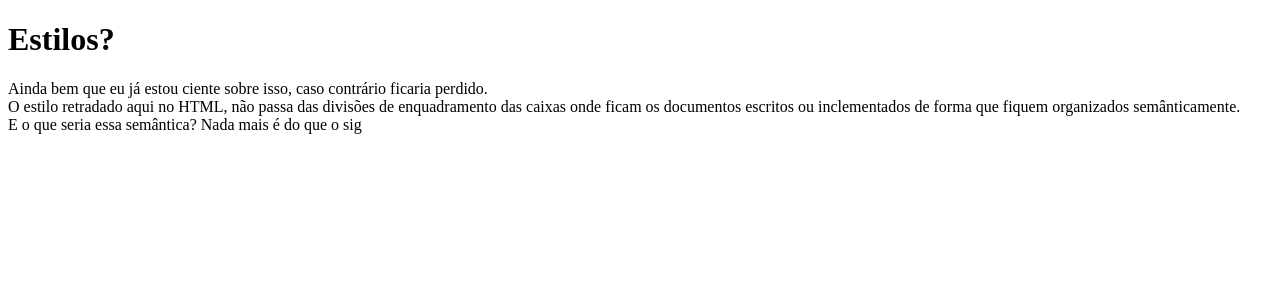
Repository: ErikMesquita/Danki-Code
Page: estilos/index.html
An editor plug-in stored every save of this project. The page is shown before and after a run of saves, followed by the edit.
The browser window is 1280 px wide. The pictures show the whole page.

Above is the page before, as saved 2023-10-29 18:11:08.

After the next 2 saves:
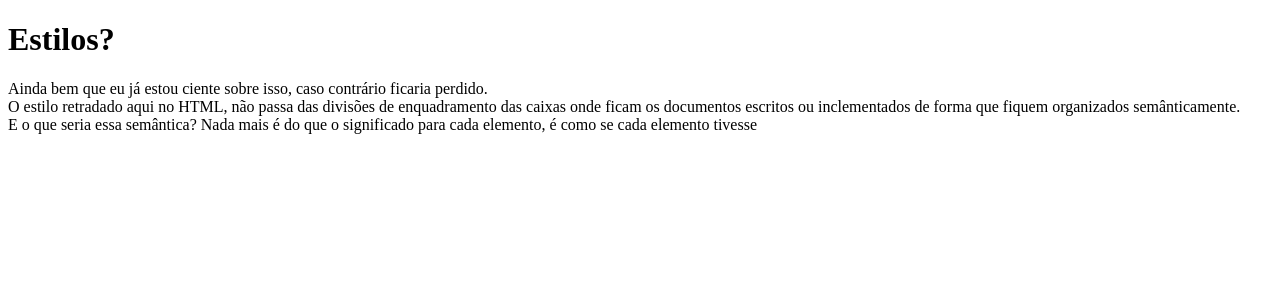
The 2 saves are shown as one change because they came seconds apart.
The last was saved 14 s later.
--- a/estilos/index.html
+++ b/estilos/index.html
@@ -12,7 +12,7 @@
         <p>
             Ainda bem que eu já estou ciente sobre isso, caso contrário ficaria perdido. <br>
             O estilo retradado aqui no HTML, não passa das divisões de enquadramento das caixas onde ficam os documentos escritos ou inclementados de forma que fiquem organizados semânticamente. <br>
-            E o que seria essa semântica? Nada mais é do que o sig
+            E o que seria essa semântica? Nada mais é do que o significado para cada elemento, é como se cada elemento tivesse
         </p>
 </body>
 
